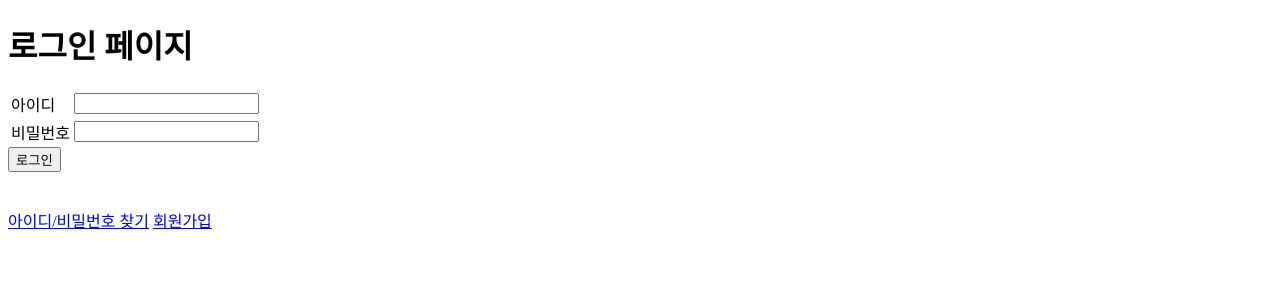
Repository: ksccmp/notice-board
Page: http://localhost/board/login.jsp
These files come from the project's save history. The page is drawn as it stood at one moment and after the next save; the edit follows.
The browser window is 1280 px wide. The pictures show the whole page.
The page is served by Tomcat 9. Nobody is signed in. The application's start-up code is not run. Other server files are loaded and not shown.

Above is the page before, as saved 2019-09-18 13:29:39.

### board/src/main/webapp/login.jsp
<%@ page language="java" contentType="text/html; charset=UTF-8"
    pageEncoding="UTF-8"%>
<!DOCTYPE html PUBLIC "-//W3C//DTD HTML 4.01 Transitional//EN" "http://www.w3.org/TR/html4/loose.dtd">
<html>
<head>
<meta http-equiv="Content-Type" content="text/html; charset=UTF-8">
<title>LoginPage</title>
</head>
<style>
	#hreffont {
		font-size: 0.5em;
	}
</style>
<body>
	<h1>로그인 페이지</h1>
	<form method="post" action="">
		<table>
			<tr>
				<td>아이디</td>
				<td><input type="text" id="id" name="id"></td>
			</tr>

			<tr>
				<td>비밀번호</td>
				<td><input type="password" id="password" name="password"></td>
			</tr>
		</table>
		<input type="submit" value="로그인">
	</form>

	<br><br>
	<a href="#">아이디/비밀번호 찾기</a>
	<a href="#">회원가입</a>
</body>
</html>

After the next save:
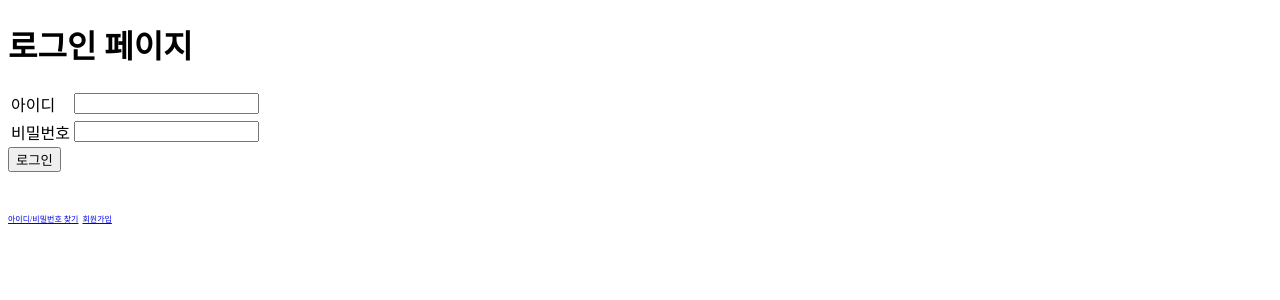
Saved 11 s later.
--- a/board/src/main/webapp/login.jsp
+++ b/board/src/main/webapp/login.jsp
@@ -29,7 +29,7 @@
 	</form>
 
 	<br><br>
-	<a href="#">아이디/비밀번호 찾기</a>
-	<a href="#">회원가입</a>
+	<a href="#" id="hreffont">아이디/비밀번호 찾기</a>
+	<a href="#" id="hreffont">회원가입</a>
 </body>
 </html>
